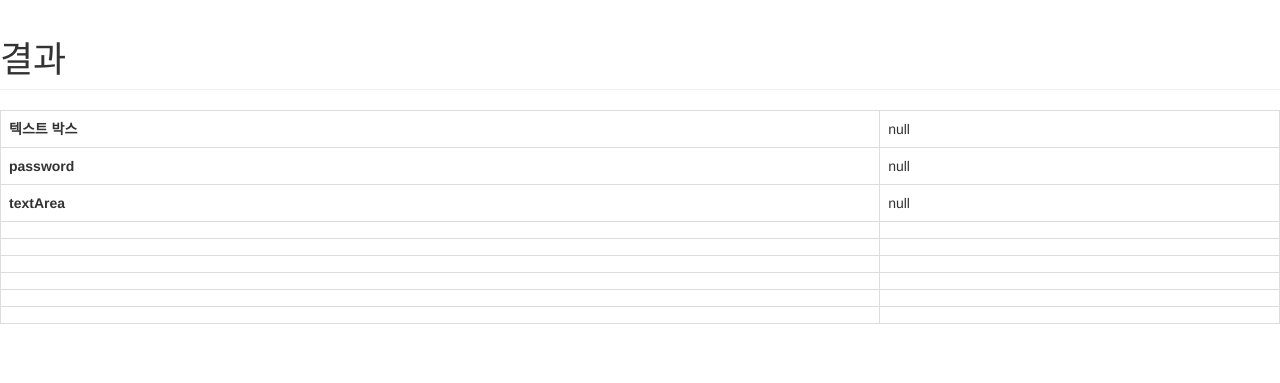
Repository: Hwang-97/HhwDesktop
Page: http://localhost/jspTest/ex04ok.jsp
These files come from the project's save history. The page is drawn as it stood at one moment and after the next save; the edit follows.
The browser window is 1280 px wide. The pictures show the whole page.
The page is served by Tomcat 9.

Above is the page before, as saved 2022-01-06 05:09:37.

After the next save:
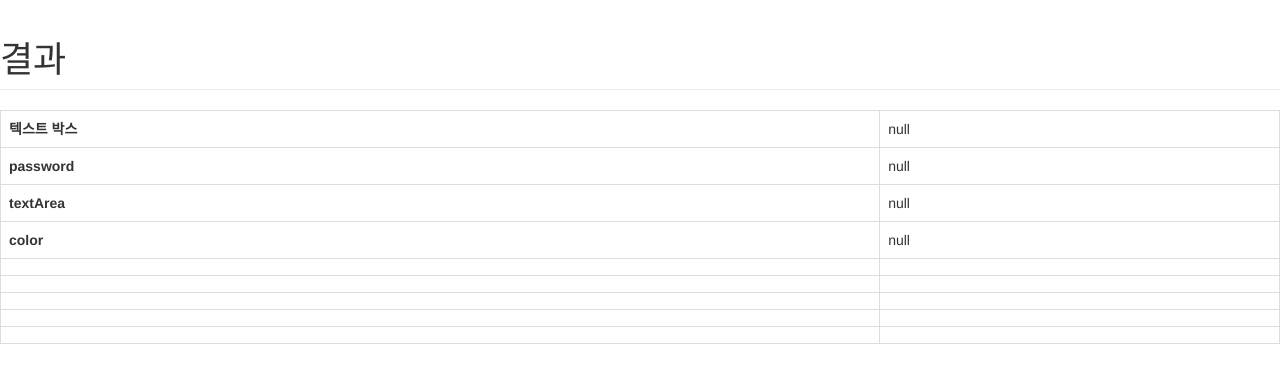
Saved 6 min 3 s later.
--- a/server/jspTest/src/main/webapp/ex04ok.jsp
+++ b/server/jspTest/src/main/webapp/ex04ok.jsp
@@ -6,6 +6,7 @@
 	String txt1 = request.getParameter("txt1");
 	String pass = request.getParameter("pass");
 	String textArea = request.getParameter("txtArea");
+	String color = request.getParameter("color");
 
 %>
 <!DOCTYPE html>
@@ -33,8 +34,8 @@
 					<td><%=textArea %></td>
 				</tr>
 				<tr>
-					<th></th>
-					<td></td>
+					<th>color</th>
+					<td><%=color %></td>
 				</tr>
 				<tr>
 					<th></th>
